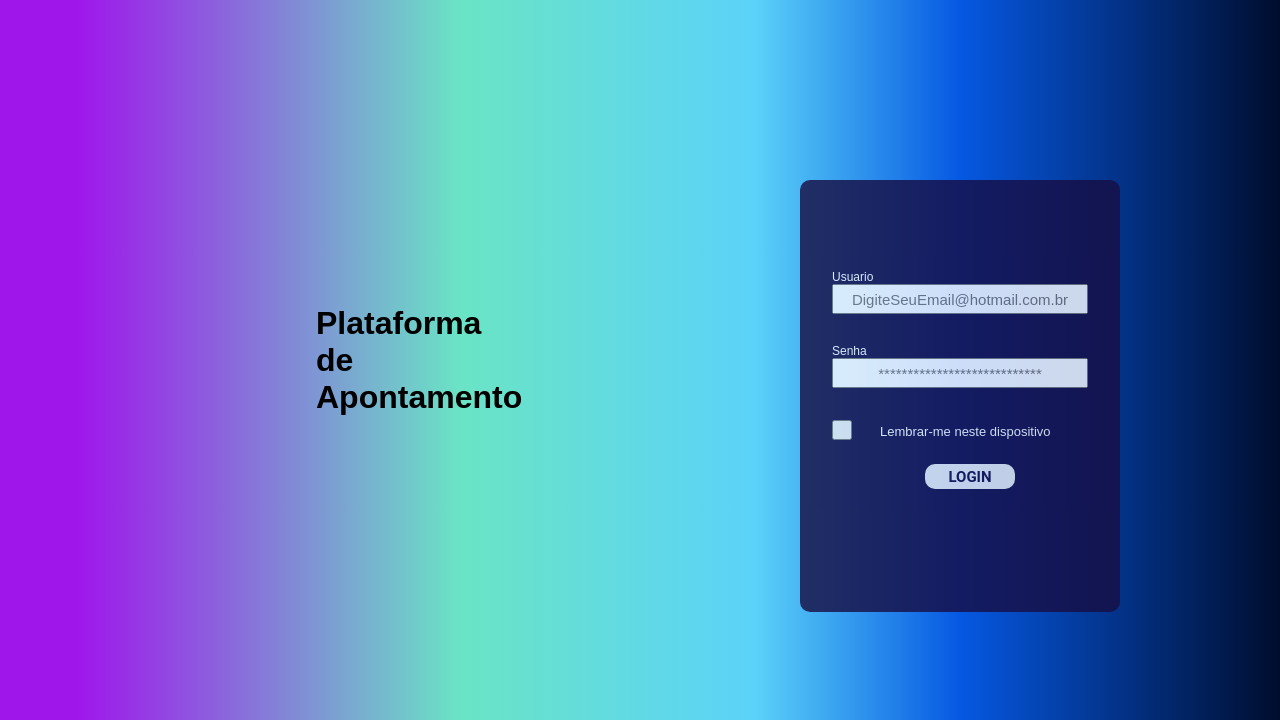
Repository: KevynMarques/Estudos-Reactjs-Firebase
Page: /
An editor plug-in stored every save of this project. The page is shown before and after the next save, followed by the edit.
The browser window is 1280 px wide. The pictures show the whole page.
The page's requests for data from a server got no answer. The project was rebuilt for these pictures with package versions that can differ from the ones it lists, and the page was loaded fresh each time. No one was signed in, and anything a server would have sent is missing. Also part of the build but not shown: src/Pages/Page2.jsx.

Above is the page before, as saved 2022-08-23 14:53:20.

After the next save:
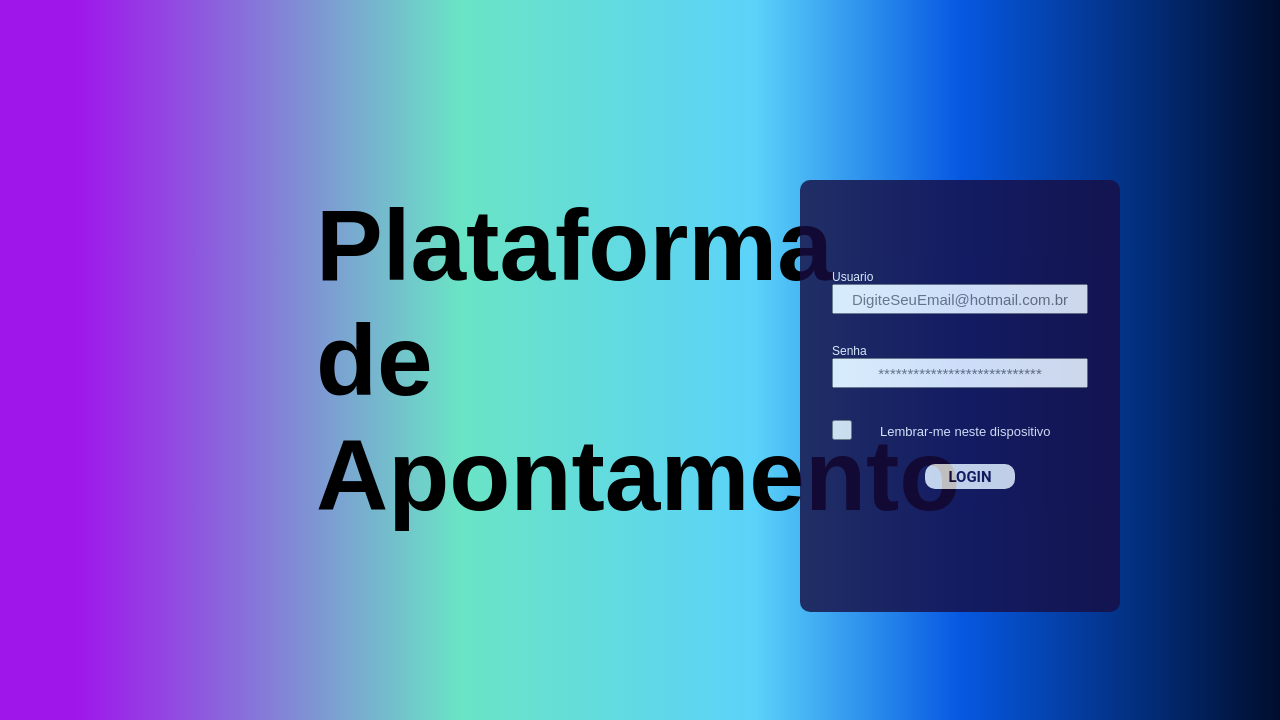
Saved 4 s later.
--- a/src/Components/Login/style.jsx
+++ b/src/Components/Login/style.jsx
@@ -15,7 +15,7 @@ position: absolute;
 margin-left: -35vw;
 font-family: Arial, Helvetica, sans-serif;
 max-width: 200px;
-font
+font-size: 100px;
 
 `;
 
